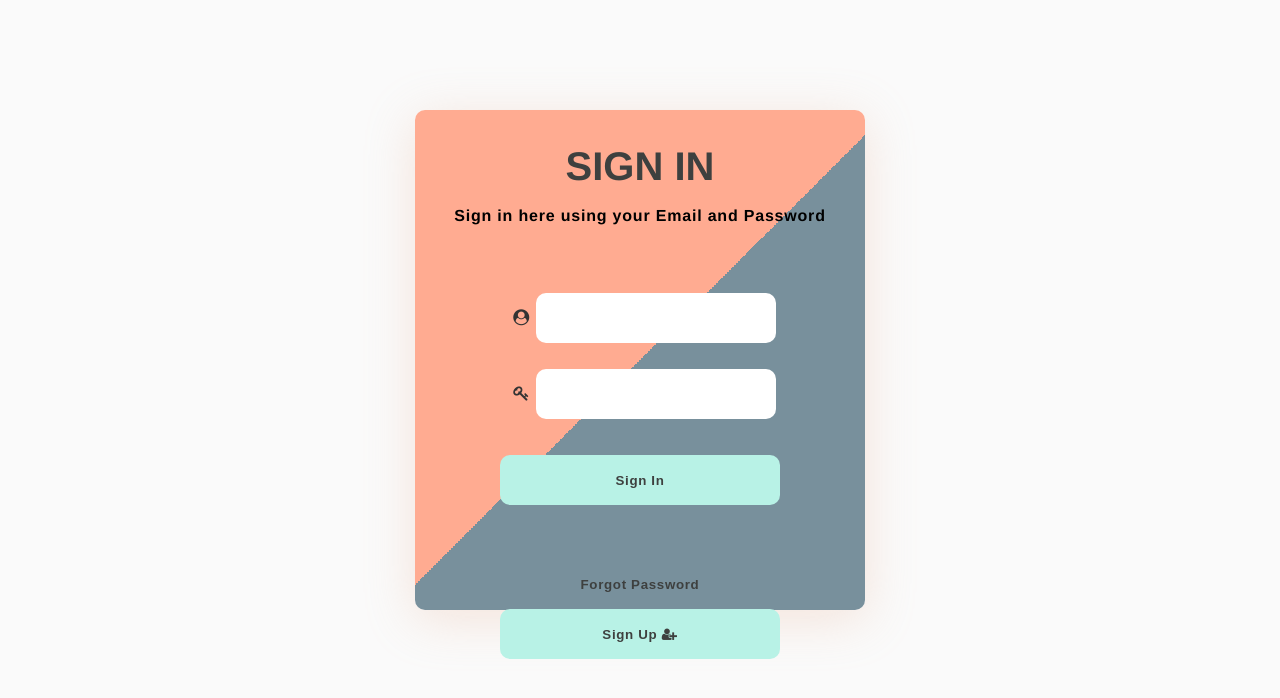
Repository: DhanushPrabha22/Zoho-Mini-Project
Page: http://localhost/ToDo_List/
The author's editor kept a copy of each file at every save. The page is drawn from the files as they stood at one save, then again after the next save.
The browser window is 1280 px wide. The pictures show the whole page.
Some web libraries are served in a nearby version. The page is served by Tomcat 9. Other server files are loaded and not shown.

Above is the page before, as saved 2021-03-17 06:02:54.

### Todo Eclipse/ToDo_List/WebContent/sign_in.jsp
<!--

index.jsp

java version "1.8.0_45"

Created By Dhanush L

-->

<%@taglib uri="http://struts.apache.org/tags-html" prefix="html"%>

<!DOCTYPE html>
<html>
<head>
	<title>Sign in for your Tasks</title>
	<link rel="stylesheet" type="text/css" href="styles/sign_in.css" />
	<link rel="stylesheet" href="https://cdnjs.cloudflare.com/ajax/libs/font-awesome/4.7.0/css/font-awesome.min.css">
	<script src="https://ajax.googleapis.com/ajax/libs/jquery/2.1.1/jquery.min.js"></script>
	<script src="scripts/sign_in.js"></script>
</head>
<body>
	<div class="main-div">
		<!--   con = Container  for items in the form-->
		<div class="con">
			<!--     Start  header Content  -->
			<header class="head-form">
				<h2>SIGN IN</h2>
				<!--     A welcome message or an explanation of the login form -->
				<br>
				<p><b>Sign in here using your Email and Password</b></p>
			</header>
			<br>
			<div class="field-set">
				<html:form action="signingin" method="post">
					<!--user name -->
					<html:errors property="email_e"/><br>
					<span class="input-item"><i class="fa fa-user-circle"></i></span>
					<html:text styleClass="form-input" property="email"/><br>
					<!--Password -->
					<html:errors property="password_e"/><br>
					<span class="input-item"><i class="fa fa-key"></i></span>
					<html:password styleClass="form-input" property="password"/>
					<br><br><br>
					<html:submit styleClass="sign-up button" value="Sign In"/>
				</html:form>
				<br><br><br>
				<!--   other buttons -->
				<div class="other">
					<!--      Forgot Password button-->
					<button class="button frgt-pass" onclick="frogotPwd()">Forgot Password</button>
					<!--     Sign Up button -->
					<button class="button sign-up" onclick="create_account()">Sign Up
					<!--         Sign Up font icon -->
					<i class="fa fa-user-plus" aria-hidden="true"></i>
					</button>
					<!--      End Other the Division -->
				</div>
			</div>
		<!--   End Container  -->
		</div>
	<!-- End Form -->
	</div>
</body>
</html>

### Todo Eclipse/ToDo_List/WebContent/styles/sign_in.css

* {
    padding: 0;
    margin: 0;
    box-sizing: border-box;
}

body {
  font-family: Helvetica, san-serif;
  overflow-x: hidden;
  overflow-y: hidden;
  background-color: #fafafa;
}

.main-div{
	box-shadow: 0 9px 50px hsla(20, 67%, 75%, 0.31);
	position: absolute;
	margin: auto;
  	top: 0;
  	right: 0;
  	bottom: 0;
  	left: 0;
	width: 450px;
	background-image: linear-gradient(-225deg, #FFAB91 50%, #78909C 50%);
    height: 500px;
	text-align:center;
    border-radius: 10px;
    padding: 2%;
}

.field-set{
	margin-top: -15px;
}



/* the header form form */
header {
    margin: 2% auto 10% auto;
    text-align: center;
}
/* Login title form form */
header h2 {
    font-size: 250%;
    color: #3e403f;
}
/*  A welcome message or an explanation of the login form */
header p {letter-spacing: 0.05em;}


.input-item {
    background: transparent;
    color: #333;
    padding: 14.5px 0px 15px 9px;
    margin-right: 2px;
}


/* inputs form  */
.form-input{
    width: 240px;
    height: 50px;
    margin-top: 2%;
    padding: 15px;
    font-size: 16px;
    font-family: 'Abel', sans-serif;
    color: #5E6472;
    outline: none;
    border: none;
    border-radius: 10px;
    transition: 0.2s linear;

}

.form-input:focus {
    transform: translateX(-2px);
    border-radius: 5px;
}


.button {
    display: inline-block;
    color: #3e403f;

    width: 280px;
    height: 50px;

    padding: 0 20px;
    background: #fff;
    border-radius: 10px;

    outline: none;
    border: none;

    cursor: pointer;
    text-align: center;
    transition: all 0.2s linear;
    font-weight: bold;
    margin: 0 auto;
    letter-spacing: 0.05em;
}
/* Submits */
.submits {
    width: 48%;
    display: inline-block;
    float: left;
    margin-left: 2%;
}

/* Forgot Password button FAF3DD  */
.frgt-pass {background: transparent;}

/*     Sign Up button  */
.sign-up {background: #B8F2E6;}


/* buttons hover */
.button:hover {
    transform: translatey(3px);
    box-shadow: none;
}

/* buttons hover Animation */
.button:hover {
    animation: ani9 0.4s ease-in-out infinite alternate;
}
@keyframes ani9 {
    0% {
        transform: translateY(3px);
    }
    100% {
        transform: translateY(5px);
    }
}

Loaded but not shown: Todo Eclipse/ToDo_List/WebContent/scripts/sign_in.js (no copy from this time; the picture is the same without it)

After the next save:
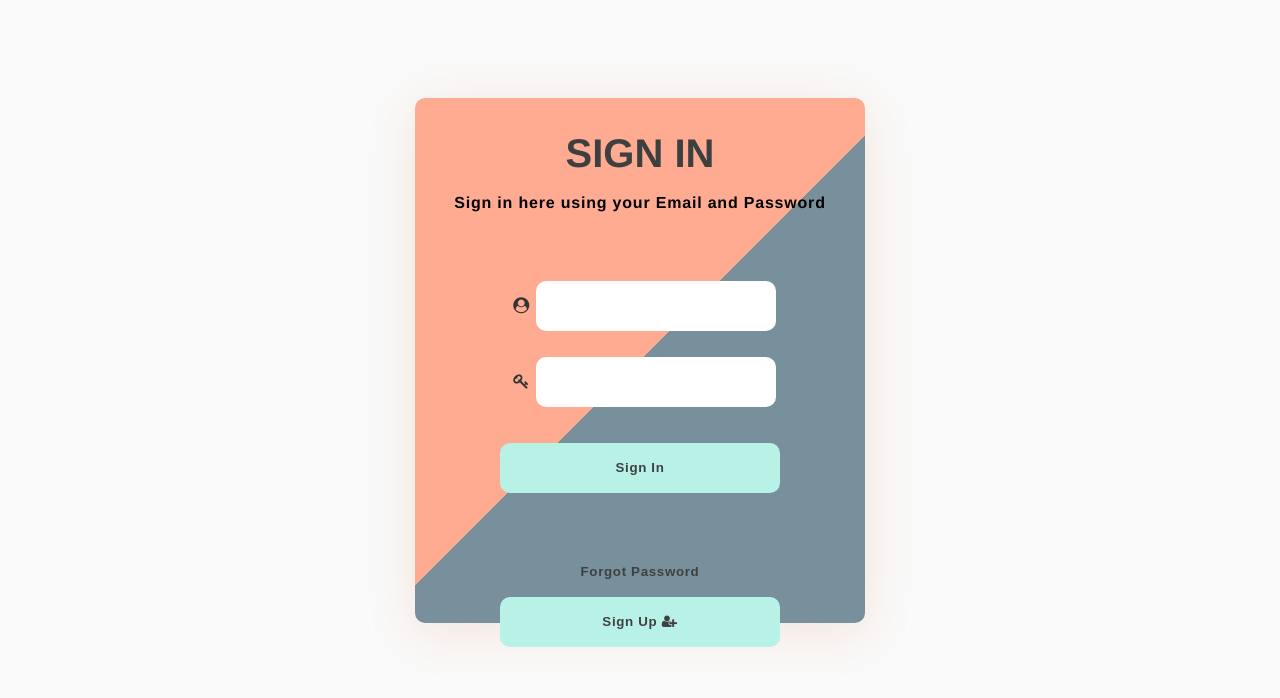
Saved 16 s later.
--- a/Todo Eclipse/ToDo_List/WebContent/styles/sign_in.css
+++ b/Todo Eclipse/ToDo_List/WebContent/styles/sign_in.css
@@ -22,7 +22,7 @@ body {
   	left: 0;
 	width: 450px;
 	background-image: linear-gradient(-225deg, #FFAB91 50%, #78909C 50%);
-    height: 500px;
+    height: 525px;
 	text-align:center;
     border-radius: 10px;
     padding: 2%;
